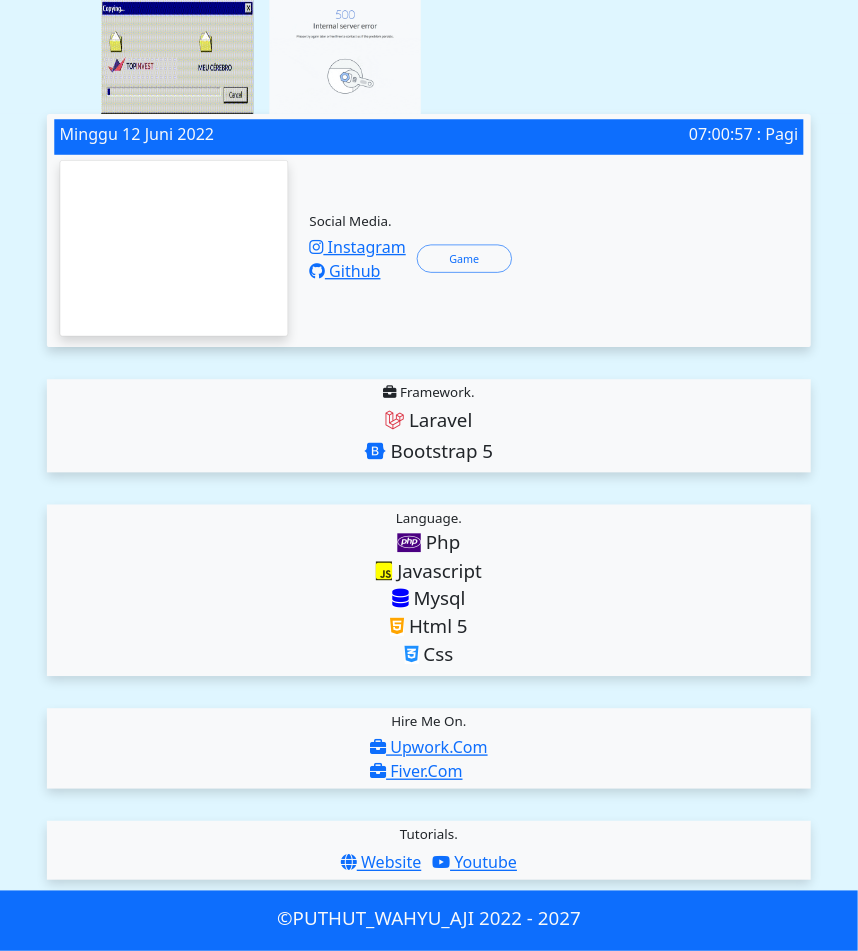
Repository: initer3737/initer3737.github.io
Page: index.html
The author's editor kept a copy of each file at every save. The page is drawn from the files as they stood at one save, then again after a run of saves.
The browser window is 1280 px wide. The pictures show the whole page, at 67% of full size.
Pictures or frames that could not be fetched are drawn as grey boxes. Some web libraries are served in a nearby version.

Above is the page before, as saved 2022-06-12 07:50:13.

After the next 2 saves:
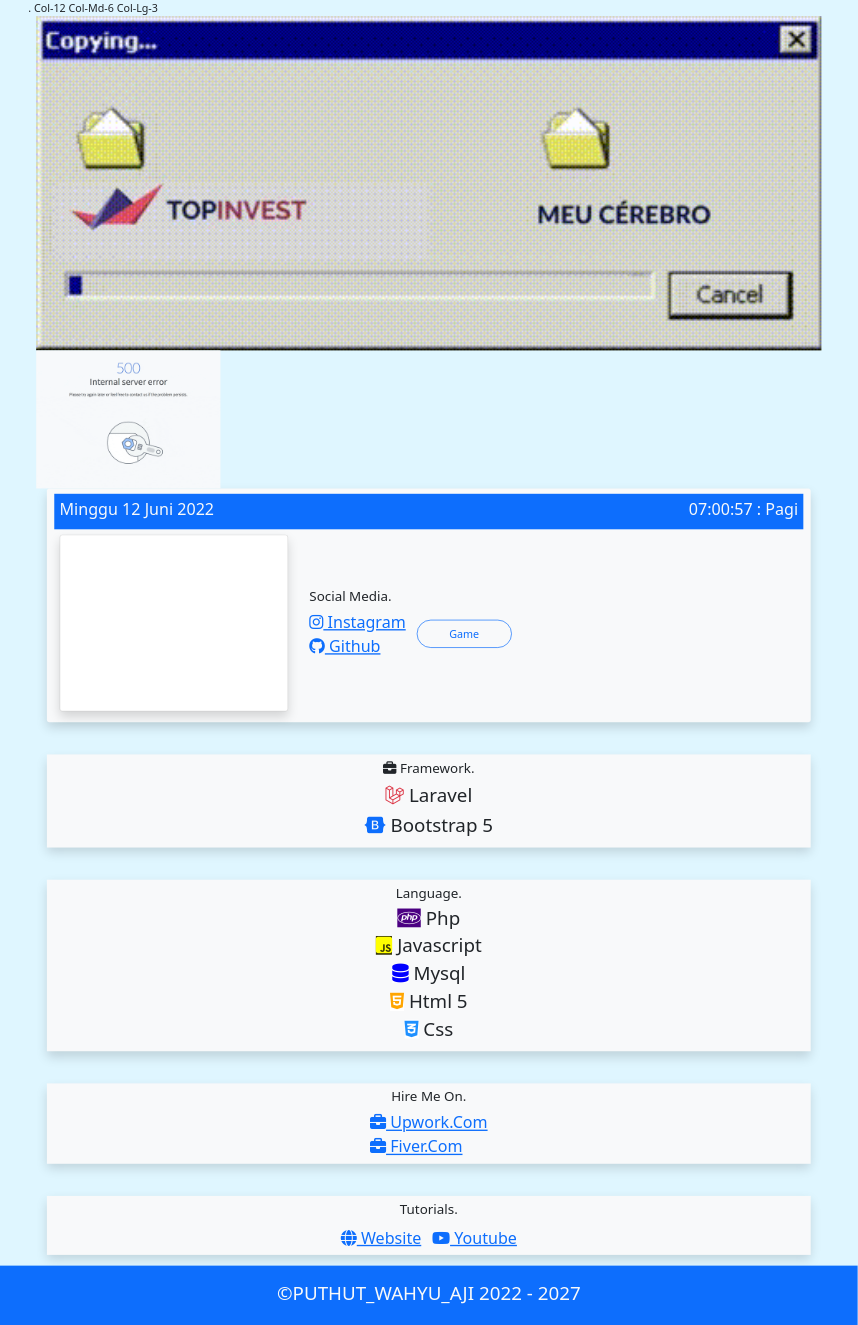
The 2 saves are shown as one change because they came seconds apart.
The last was saved 17 s later.
--- a/index.html
+++ b/index.html
@@ -13,7 +13,8 @@
 <body class="bg-1">
     <header class=" bg-1">
        <div class="row">
-            <img src="img/giphy (1).gif" class="img-fluid col-12 col-md-6 col-lg-3">
+        . col-12 col-md-6 col-lg-3
+            <img src="img/giphy (1).gif" class="img-fluid">
             <img src="img/giphy.gif" class="img-fluid col-12 col-md-6 col-lg-3">
        </div>
     </header>

After the 5 saves that followed:
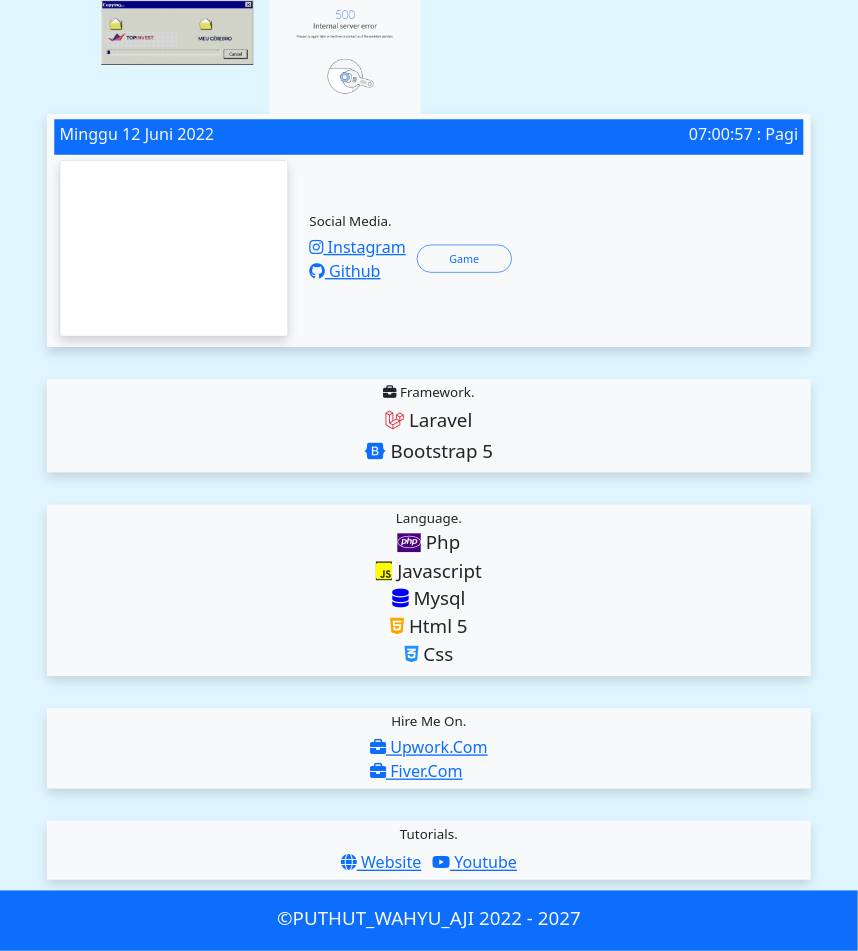
The 5 saves are shown as one change because they came seconds apart.
The last was saved 10 s later.
--- a/index.html
+++ b/index.html
@@ -13,8 +13,9 @@
 <body class="bg-1">
     <header class=" bg-1">
        <div class="row">
-        . col-12 col-md-6 col-lg-3
+        <div class=" col-12 col-md-6 col-lg-3">
             <img src="img/giphy (1).gif" class="img-fluid">
+        </div>
             <img src="img/giphy.gif" class="img-fluid col-12 col-md-6 col-lg-3">
        </div>
     </header>
